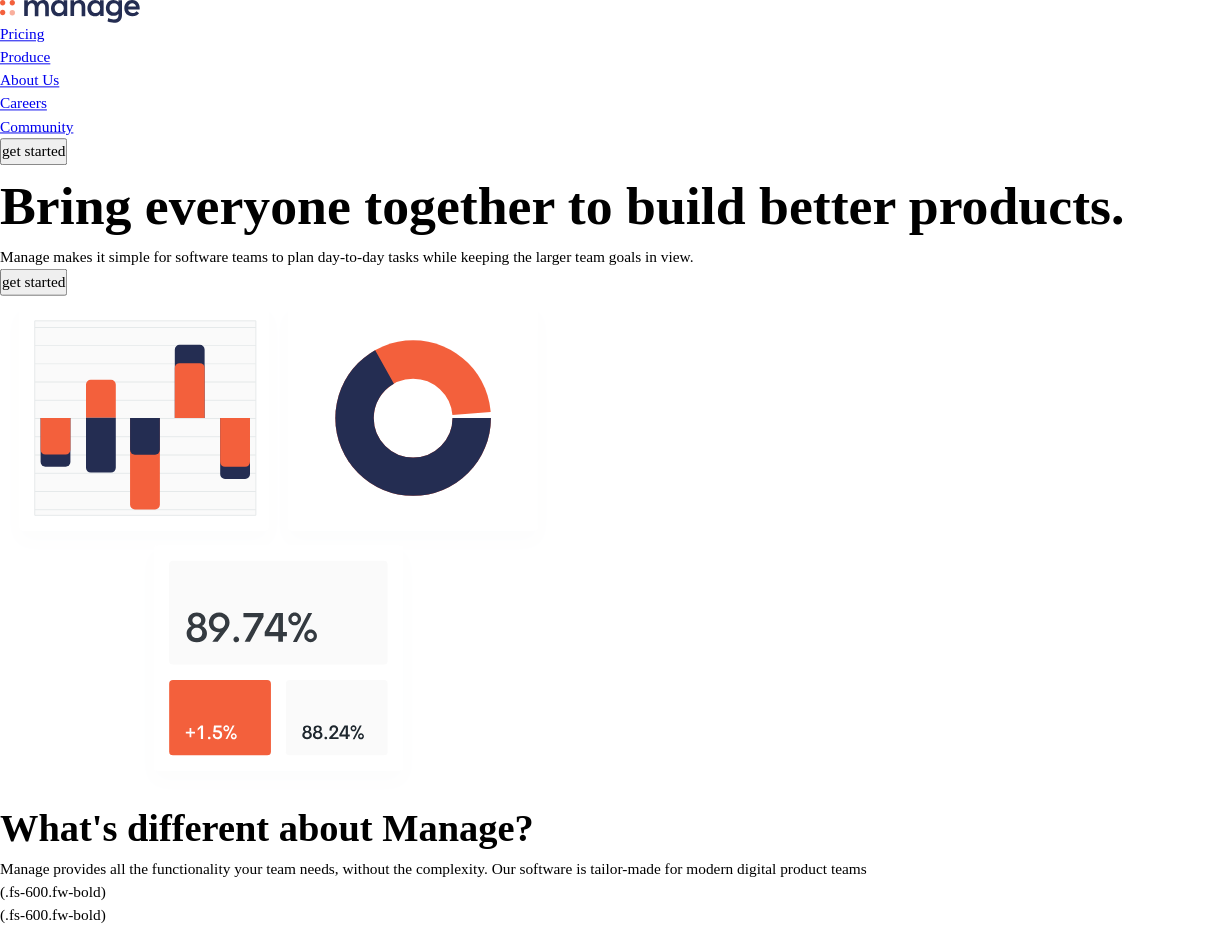
Repository: anthonybrown/website-practice
Page: index.html
An editor plug-in stored every save of this project. The page is shown before and after the next save, followed by the edit.
The browser window is 1280 px wide. The pictures show the whole page, at 96% of full size.

Above is the page before, as saved 2023-04-18 13:25:12.

### index.html
<!DOCTYPE html>
<html lang="en">

<head>
  <meta charset="UTF-8" />
  <link rel="icon" type="image/svg+xml" href="/vite.svg" />
  <meta name="viewport" content="width=device-width, initial-scale=1.0" />
  <title>Vite App</title>
  <link rel="preconnect" href="https://fonts.googleapis.com">
  <link rel="preconnect" href="https://fonts.gstatic.com" crossorigin>
  <link href="https://fonts.googleapis.com/css2?family=Be+Vietnam+Pro:wght@400;500;700&display=swap" rel="stylesheet">
  <link rel="stylesheet" href="style.css">
</head>

<body>
  <header class="primary-header">
    <div class="container">
      <a href="#" rel="noopener noreferrer">
        <img src="images/logo.svg" alt="manage">
      </a>
      <nav class="primary-navigation">
        <ul role="list" class="nav-list">
          <li><a href="#">Pricing</a></li>
          <li><a href="#">Produce</a></li>
          <li><a href="#">About Us</a></li>
          <li><a href="#">Careers</a></li>
          <li><a href="#">Community</a></li>
        </ul>
      </nav>
      <button class="button">get started</button>
    </div>
  </header>

  <main>
    <section>
      <div class="container">
        <div class="even-columns">
          <div>
            <h1 class="fs-primary-heading fw-bold">
              Bring everyone together to build better products.
            </h1>
            <p>
              Manage makes it simple for software teams to plan day-to-day tasks while
              keeping the larger team goals in view.
            </p>
            <button class="button">get started</button>
          </div>
          <div>
            <img src="images/illustration-intro.svg" alt="">
          </div>
        </div>
      </div>
    </section>

    <section>
      <div class="container">
        <div class="even-columns">
          <div>
            <h2 class="fs-secondary-heading fw-bold">
              What's different about Manage?
            </h2>
            <p>
              Manage provides all the functionality your team needs, without the complexity.
              Our software is tailor-made for modern digital product teams
            </p>
          </div>
          <div>
            <ul role="list">
              <li>
                <h3 class="fs-600 fw-bold"></h3>
              </li>
              <li>(.fs-600.fw-bold)</li>
              <li>(.fs-600.fw-bold)</li>
            </ul>
          </div>
        </div>
      </div>
    </section>

  </main>

  <footer>

  </footer>

  <script type="module" src="/main.js"></script>
</body>

</html>

### style.css
:root {
  --clr-accent-400: hsl(12, 88%, 59%);
  --clr-accent-100: hsl(13, 100%, 96%);

  --clr-primary-400: hsl(228, 39%, 23%);

  --clr-neutral-100: hsl(232, 12%, 13%);
  --clr-neutral-900: hsl(0, 0%, 0%);

  --ff-primary: 'Be Vietnam Pro', sans-serif;

  --ff-body: var(--ff-primary);
  --ff-heading: var(--ff-primary);

  --fw-regular: 400;
  --fw-semi-bold: 500;
  --fw-bold: 700;

  --fs-300: 0.8125rem;
  --fs-400: 0.875rem;
  --fs-500: 0.9375rem;
  --fs-600: 1rem;
  --fs-700: 1.875rem;
  --fs-800: 2.5rem;
  --fs-900: 3.5rem;

  --fs-body: var(--fs-400);
  --fs-primary-heading: var(--fs-800);
  --fs-secondary-heading: var(--fs-700);
  --fs-nav: var(--fs-500);
  --fs-button: var(--fs-300);
}

@media (min-width: 50em) {
  :root {
    --fs-body: var(--fs-500);
    --fs-primary-heading: var(--fs-900);
    --fs-secondary-heading: var(--fs-800);

    --fs-nav: var(--fs-300);
  }
}

/* Box sizing rules */
*,
*::before,
*::after {
  box-sizing: border-box;
}

/* Remove default margin */

* {
  margin: 0;
  padding: 0;
  font: inherit;
}

/* Remove list styles on ul, ol elements with a list role, which suggests default styling will be removed */
ul[role='list'],
ol[role='list'] {
  list-style: none;
}

/* Set core root defaults */
html:focus-within {
  scroll-behavior: smooth;
}

html,
body {
  height: 100%;
}

/* Set core body defaults */
body {
  text-rendering: optimizeSpeed;
  line-height: 1.5;
}

/* A elements that don't have a class get default styles */
a:not([class]) {
  text-decoration-skip-ink: auto;
}

/* Make images easier to work with */
img,
svg,
picture {
  max-width: 100%;
  display: block;
}


/* Remove all animations, transitions and smooth scroll for people that prefer not to see them */
@media (prefers-reduced-motion: reduce) {
  html:focus-within {
    scroll-behavior: auto;
  }

  *,
  *::before,
  *::after {
    animation-duration: 0.01ms !important;
    animation-iteration-count: 1 !important;
    transition-duration: 0.01ms !important;
    scroll-behavior: auto !important;
  }
}

/* Utility Classes */

.text-primary-400 {
  color: var(--clr-primary-400)
}

.text-accent-400 {
  color: var(--clr-accent-400)
}

.text-neutral-100 {
  color: var(--clr-neutral-100)
}

.text-neutral-900 {
  color: var(--clr-neutral-900)
}

.bg-primary-400 {
  background-color: var(--clr-primary-400)
}

.bg-accent-400 {
  background-color: var(--clr-accent-400)
}

.bg-neutral-100 {
  background-color: var(--clr-neutral-100)
}

.bg-neutral-900 {
  background-color: var(--clr-neutral-900)
}

.fw-bold {
  font-weight: var(--fw-bold);
}

.fw-semi-bold {
  font-weight: var(--fw-semi-bold);
}

.fw-regular {
  font-weight: var(--fw-regular);
}


.fs-primary-heading {
  font-size: var(--fs-primary-heading);
}

.fs-secondary-heading {
  font-size: var(--fs-secondary-heading);
}

.fs-300 {
  font-size: var(--fs-300);
}

.fs-400 {
  font-size: var(--fs-400);
}

.fs-500 {
  font-size: var(--fs-500);
}

Loaded but not shown: main.js (empty)

After the next save:
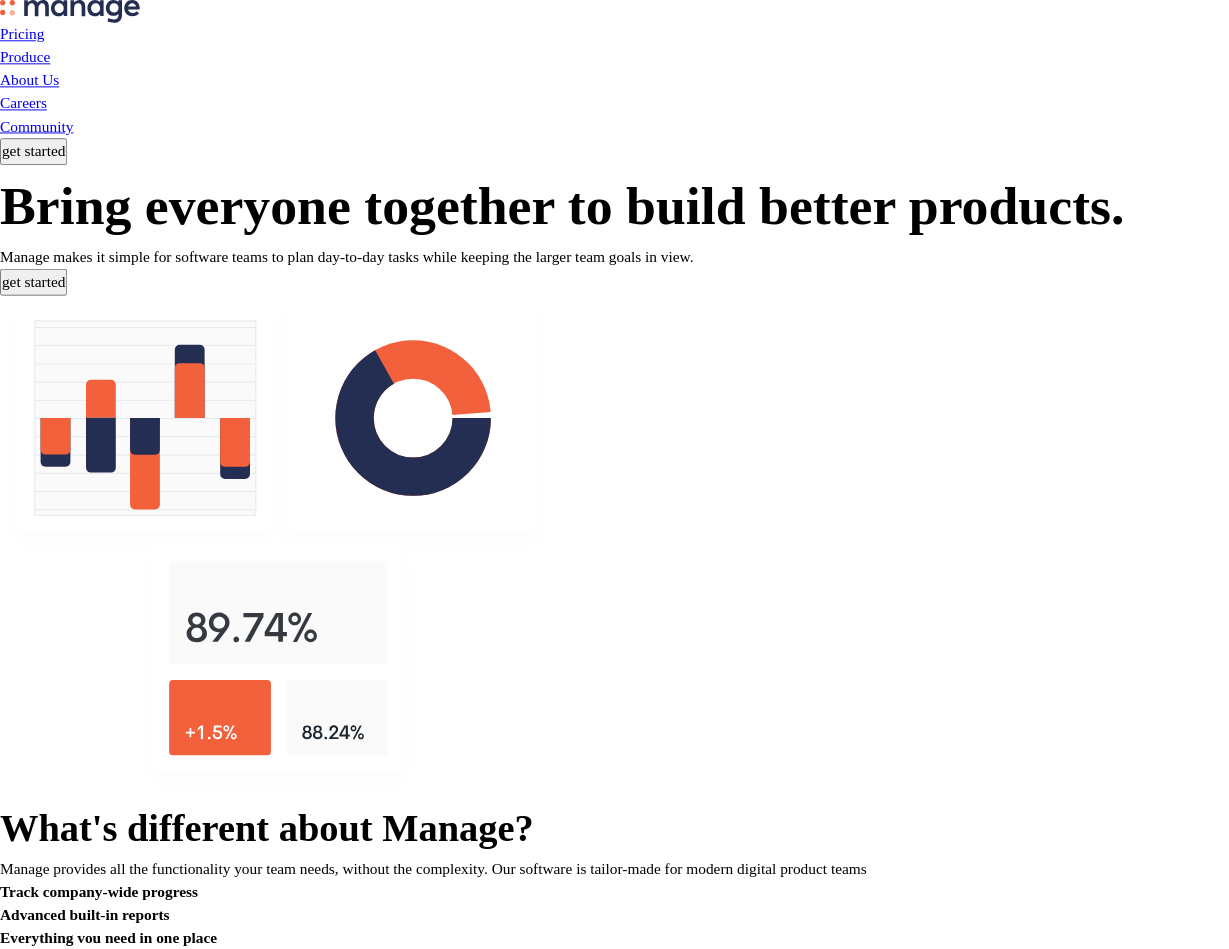
Saved 88 s later.
--- a/index.html
+++ b/index.html
@@ -67,10 +67,14 @@
           <div>
             <ul role="list">
               <li>
-                <h3 class="fs-600 fw-bold"></h3>
+                <h3 class="fs-600 fw-bold">Track company-wide progress</h3>
               </li>
-              <li>(.fs-600.fw-bold)</li>
-              <li>(.fs-600.fw-bold)</li>
+              <li>
+                <h3 class="fs-600 fw-bold">Advanced built-in reports</h3>
+              </li>
+              <li>
+                <h3 class="fs-600 fw-bold">Everything vou need in one place</h3>
+              </li>
             </ul>
           </div>
         </div>
